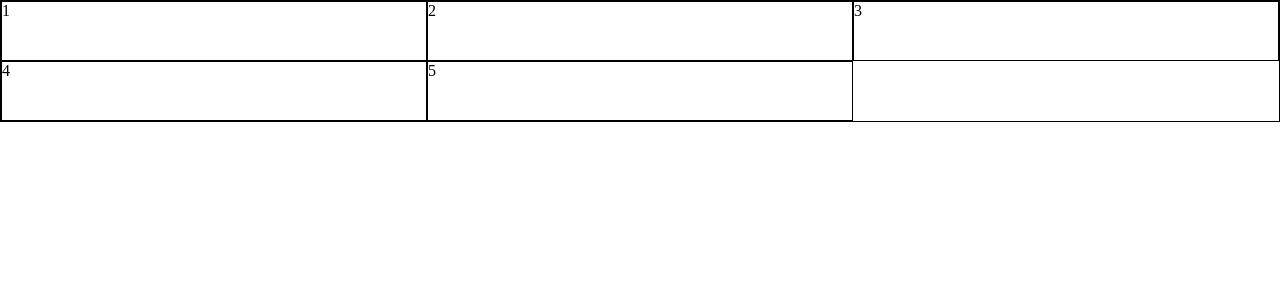
Repository: seungsu12/carrot
Page: http://localhost/carrot/header.jsp
These files come from the project's save history. The page is drawn as it stood at one moment and after the next save; the edit follows.
The browser window is 1280 px wide. The pictures show the whole page.
The page is served by Tomcat 9. Other server files are loaded and not shown.

Above is the page before, as saved 2021-05-19 15:22:53.

### carrot/WebContent/header.jsp
<%@ page language="java" contentType="text/html; charset=UTF-8"
    pageEncoding="UTF-8"%>
<!DOCTYPE html>
<html>
<head>
<meta charset="UTF-8">
<title></title>
<link href="css/style.css?v=3" rel ="stylesheet" type="text/css">

<style>

#header_wrap{
	margin : 0 auto 0 auto;
	border : 1px solid black;
	height: 120px;
	display :grid;
	grid-template-columns: 1fr 1fr 1fr;
	grid-template-rows: auto;

}
.header_item{
	border: 1px solid black;
}
</style>
</head>



<div id="header_wrap">



	<div class="header_item">1</div>
	<div class="header_item">2</div>
	<div class="header_item">3</div>
	<div class="header_item">4</div>
	<div class="header_item">5</div>
</div>



</html>

### carrot/WebContent/css/style.css

*{
	margin:0;
}

#title{
	font-size : 1px;

}

#h1{
	border : 1px solid black;
}

#join_top{
	display: float;

	margin:0;
	text-align:center;
	height : 80px;
}

#mid{

	margin : 0 auto 0 auto;
	max-width:1000px;

}

After the next save:
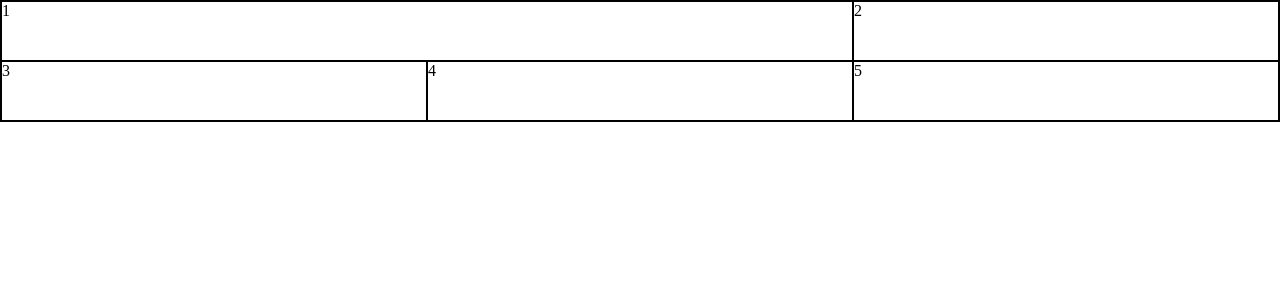
Saved 22 min 12 s later.
--- a/carrot/WebContent/header.jsp
+++ b/carrot/WebContent/header.jsp
@@ -21,6 +21,14 @@
 .header_item{
 	border: 1px solid black;
 }
+
+.header_item:nth-child(1){
+		grid-column-start :1;
+		grid-column-end : 3;
+		grid-row-start:1;
+		grit-row-end :2;
+
+}
 </style>
 </head>
 

After the save that followed:
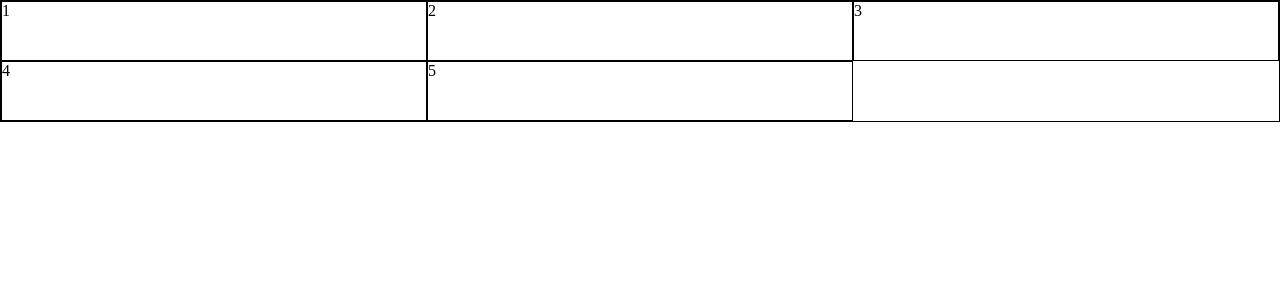
Saved 2 min 39 s later.
--- a/carrot/WebContent/header.jsp
+++ b/carrot/WebContent/header.jsp
@@ -22,11 +22,16 @@
 	border: 1px solid black;
 }
 
-.header_item:nth-child(1){
+/* .header_item:nth-child(1){
 		grid-column-start :1;
 		grid-column-end : 3;
 		grid-row-start:1;
 		grit-row-end :2;
+
+} */
+.hader_item:nth-child(1){
+	grid-column : 1/3;
+	grid-row : 1/2;
 
 }
 </style>
